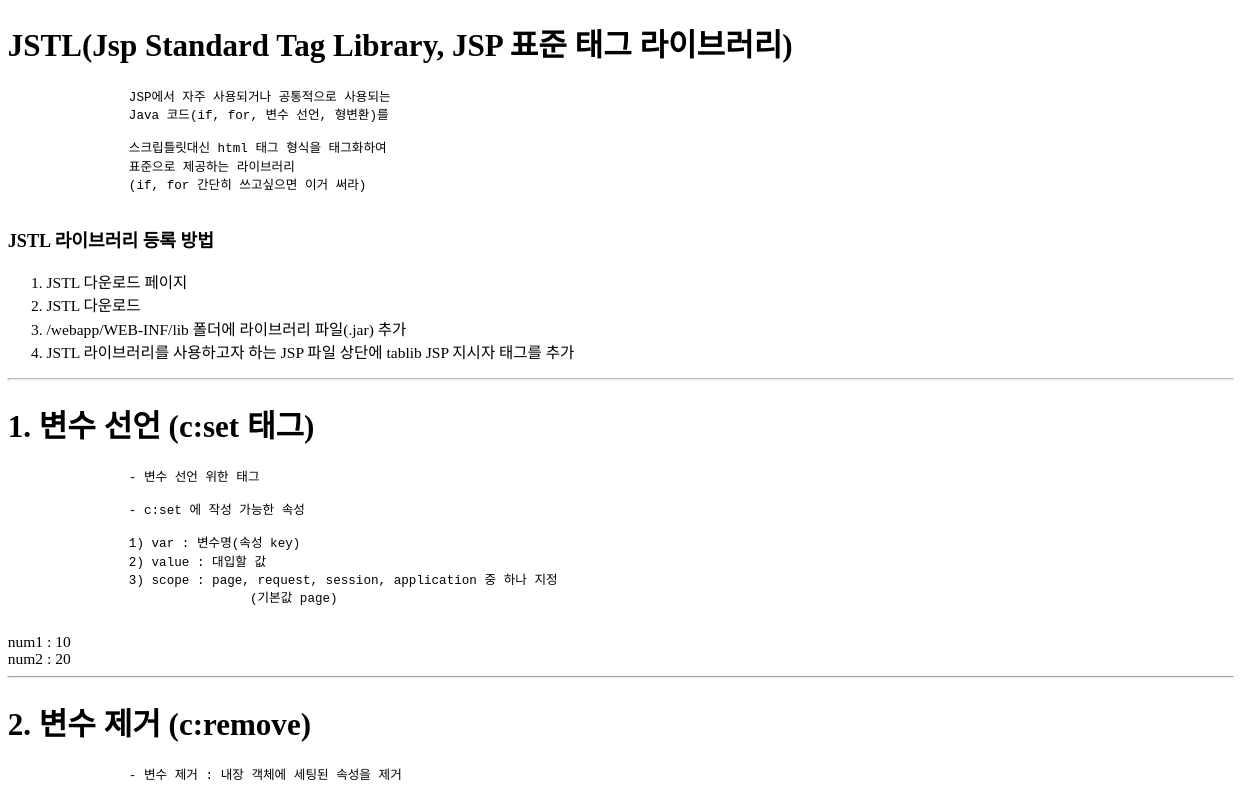
Repository: Rabsterd/6_Server
Page: http://localhost/JSPProject2/jstl/main
These files come from the project's save history. The page is drawn as it stood at one moment and after the next save; the edit follows.
The browser window is 1280 px wide. The pictures show the whole page, at 97% of full size.
The page is served by Tomcat 9. Other server files are loaded and not shown.

Above is the page before, as saved 2023-09-19 03:35:02.

### JSPProject2/src/main/webapp/WEB-INF/views/jstl/main.jsp
<%@ page language="java" contentType="text/html; charset=UTF-8"
    pageEncoding="UTF-8"%>

<%@ taglib prefix="c" uri="http://java.sun.com/jsp/jstl/core" %>
    <%--

    	<%@ %> : 지시자 태그

    	taglib : 태그 라이브러리 추가

  		prefix : 접두사, 태그명 앞에 작성되는 단어 <c:if>

  		uri(Uniform Resource Identifier , 통합 자원 식별자)
  			-> 자원을 식별하는 고유 문자열 (ID)

  		(참고) url(Uniform Resource Locator)
  			-> 자원의 위치를 나타내는 문자열(경로)
     --%>
<!DOCTYPE html>
<html>
<head>
<meta charset="UTF-8">
<title>JSTL(Jsp Standard Tag Library)</title>
</head>
<body>

	<h1>JSTL(Jsp Standard Tag Library, JSP 표준 태그 라이브러리)</h1>

	<pre>
		JSP에서 자주 사용되거나 공통적으로 사용되는
		Java 코드(if, for, 변수 선언, 형변환)를

		스크립틀릿대신 html 태그 형식을 태그화하여
		표준으로 제공하는 라이브러리
		(if, for 간단히 쓰고싶으면 이거 써라)
	</pre>

	<h3>JSTL 라이브러리 등록 방법</h3>

	<ol>
		<li>
			<a hlef="https://tomcat.apache.org/download-taglibs.cgi">
				JSTL 다운로드 페이지
			</a>
		</li>
		<li>JSTL 다운로드</li>

		<li>
			/webapp/WEB-INF/lib 폴더에 라이브러리 파일(.jar) 추가
		</li>

		<li>
			JSTL 라이브러리를 사용하고자 하는 JSP 파일 상단에
			tablib JSP 지시자 태그를 추가
		</li>
	</ol>
	<hr>

	<h1>1. 변수 선언 (c:set 태그)</h1>

	<pre>
		- 변수 선언 위한 태그

		- c:set 에 작성 가능한 속성

		1) var : 변수명(속성 key)
		2) value : 대입할 값
		3) scope : page, request, session, application 중 하나 지정
				(기본값 page)
	</pre>

	<%
		// 스크립틀릿으로 page scope 에 속성 세팅하는 방법
		pageContext.setAttribute("num1", 10);
	%>

	<%-- JSTL로 page scope에 속성 세팅하는 방법 --%>
	<c:set var="num2" value="20" scope= "page" />

	num1 : ${num1}
	<br>
	num2 : ${num2}

	<hr>

	<h1>2. 변수 제거 (c:remove)</h1>
	<pre>
		- 변수 제거 : 내장 객체에 세팅된 속성을 제거
	</pre>





</body>
</html>

### JSPProject2/src/main/java/edu/kh/jsp/controller/JSTLController.java
package edu.kh.jsp.controller;

import java.io.IOException;

import javax.servlet.ServletException;
import javax.servlet.annotation.WebServlet;
import javax.servlet.http.HttpServlet;
import javax.servlet.http.HttpServletRequest;
import javax.servlet.http.HttpServletResponse;

@WebServlet("/jstl/main")
public class JSTLController extends HttpServlet{

	@Override
	protected void doGet(HttpServletRequest req, HttpServletResponse resp) throws ServletException, IOException {

		req.getRequestDispatcher("/WEB-INF/views/jstl/main.jsp").forward(req, resp);
	}
}

After the next save:
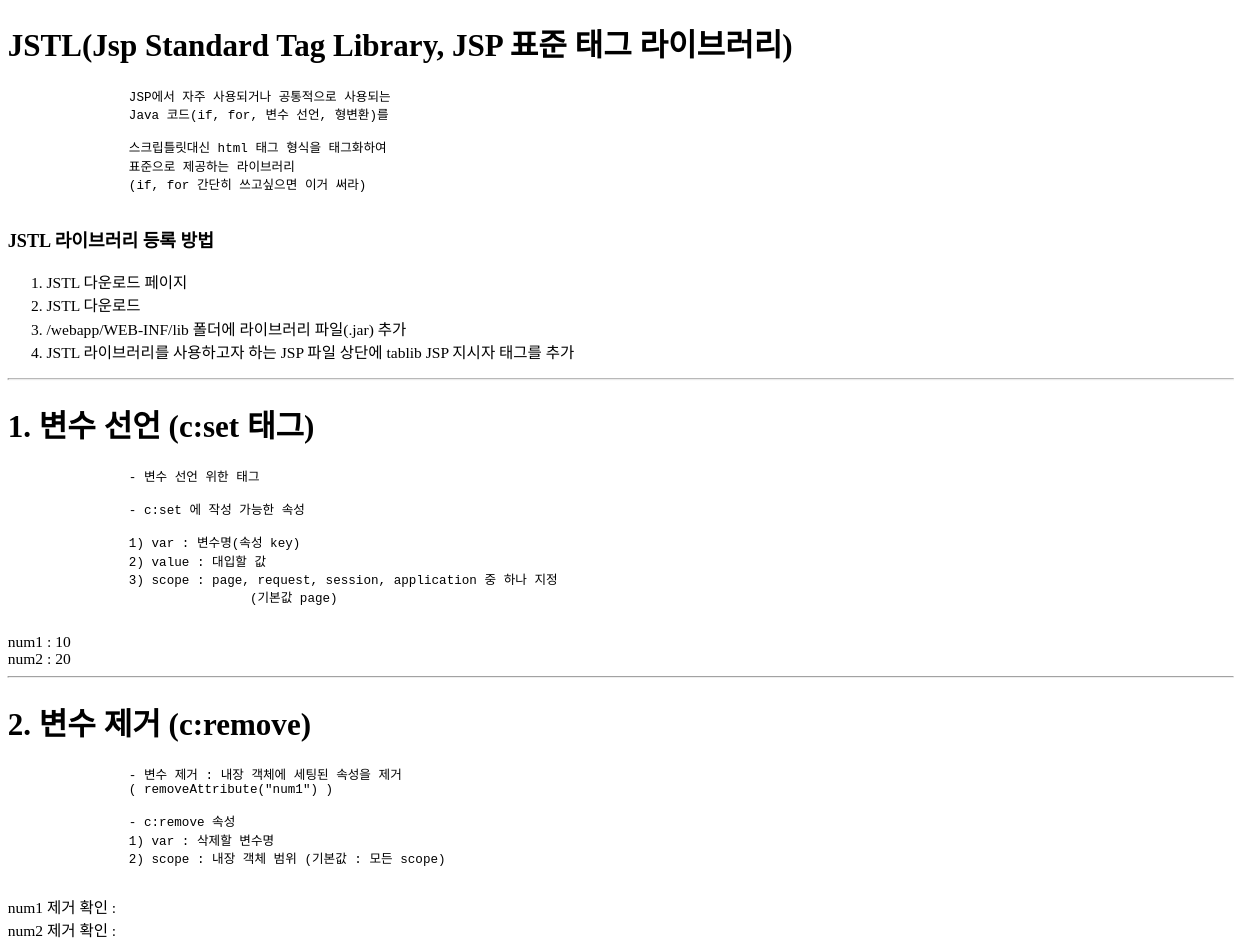
Saved 4 s later.
--- a/JSPProject2/src/main/webapp/WEB-INF/views/jstl/main.jsp
+++ b/JSPProject2/src/main/webapp/WEB-INF/views/jstl/main.jsp
@@ -86,10 +86,23 @@
 	<h1>2. 변수 제거 (c:remove)</h1>
 	<pre>
 		- 변수 제거 : 내장 객체에 세팅된 속성을 제거
+		( removeAttribute("num1") )
+
+		- c:remove 속성
+		1) var : 삭제할 변수명
+		2) scope : 내장 객체 범위 (기본값 : 모든 scope)
 	</pre>
 
+	<%
+		pageContext.removeAttribute("num1");
+	%>
+	num1 제거 확인 : ${num1}
 
+	<br>
 
+	<c:remove var="num2" />
+
+	num2 제거 확인 : ${num2}
 
 
 </body>
